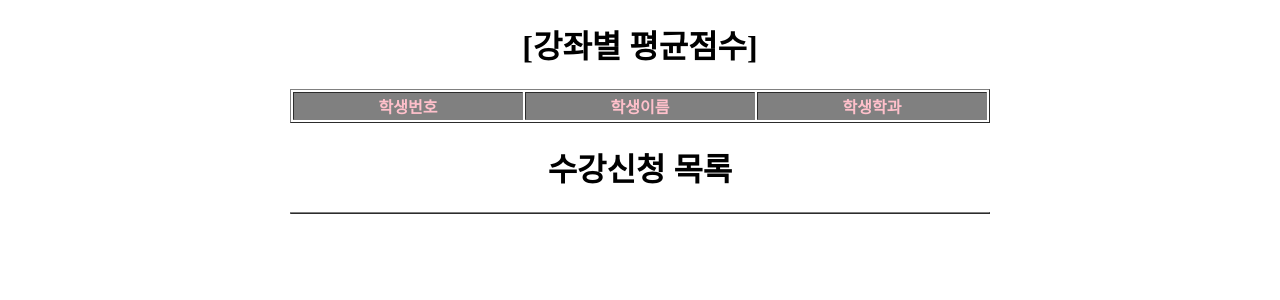
Repository: odasd/Ark-html
Page: http://localhost/ex20200506/list2.jsp
The author's editor kept a copy of each file at every save. The page is drawn from the files as they stood at one save, then again after the next save.
The browser window is 1280 px wide. The pictures show the whole page.
Some web libraries are served in a nearby version. The page is served by Tomcat 9. Queries for data that is not in the repository find no rows.

Above is the page before, as saved 2020-05-06 05:43:25.
Console error: ReferenceError: scode is not defined

After the next save:
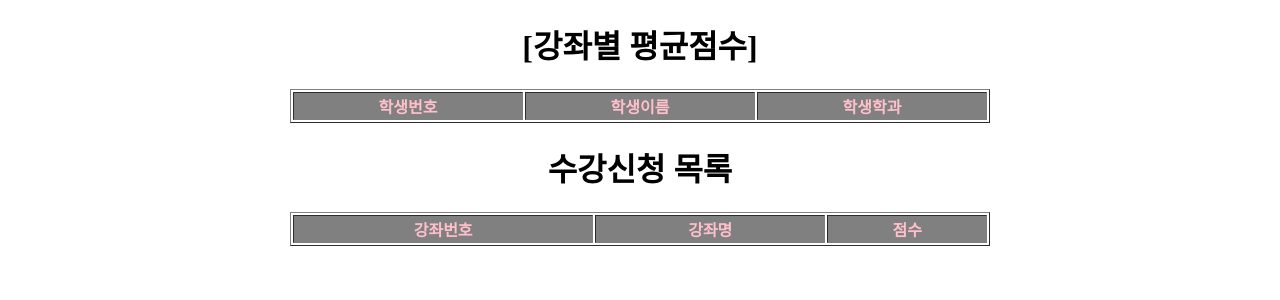
The error is gone.
Saved 5 s later.
--- a/20200429/ex20200506/WebContent/list2.jsp
+++ b/20200429/ex20200506/WebContent/list2.jsp
@@ -59,7 +59,6 @@ $.ajax({
 	type:"get",
 	url:"sjson.jsp",
 	dataType:"json",
-	data:{"scode":scode},
 	success:function(data){
 		var temp=Handlebars.compile($("#stemp").html());
 		$("#stbl").html(temp(data));
